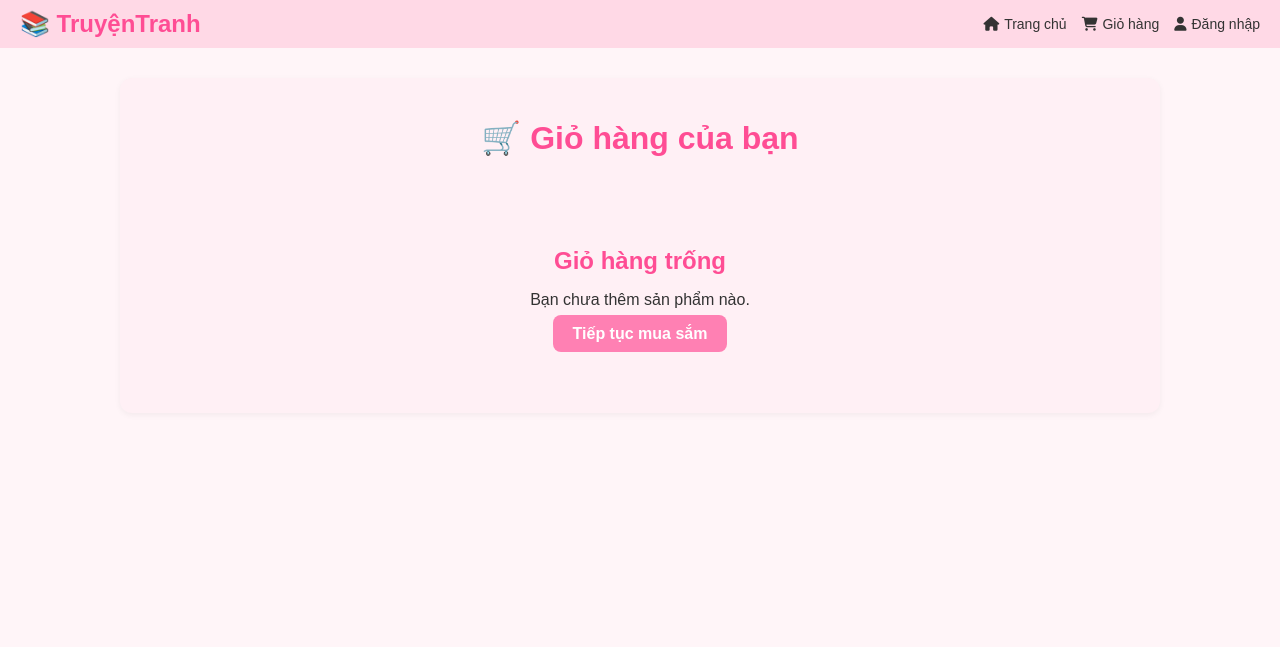
Repository: kienNB2005/QLBanHang
Page: http://localhost/views/client/cart/index.php?page=client&action=displayLogin
These files come from the project's save history. The page is drawn as it stood at one moment and after the next save; the edit follows.
The browser window is 1280 px wide. The pictures show the whole page.
The page is run by PHP 8.4 with error messages shown; the project is at /var/www/html/.

Above is the page before, as saved 2025-09-15 00:24:34.
Console error: TypeError: Cannot set properties of null (setting 'textContent')

### views/client/cart/index.php
<!DOCTYPE html>
<html lang="vi">
<head>
<meta charset="UTF-8">
<meta name="viewport" content="width=device-width, initial-scale=1.0">
<title>🛒 Giỏ hàng</title>
<link rel="stylesheet" href="https://cdnjs.cloudflare.com/ajax/libs/font-awesome/6.5.0/css/all.min.css">
<style>
    body {
        font-family: 'Poppins', Arial, sans-serif;
        margin: 0; padding: 0;
        background: #fff5f8; color: #333;
    }
    a { text-decoration: none; color: inherit; }

    /* HEADER */
    header {
        display: flex; justify-content: space-between;
        align-items: center; padding: 10px 20px;
        background: #ffd9e6; position: sticky; top: 0; z-index: 100;
    }
    header .logo { font-size: 24px; font-weight: 600; color: #ff4d94; cursor: pointer; }
    header .icons { display: flex; gap: 15px; align-items: center; }
    header .icons .item { font-size: 14px; display: flex; align-items: center; gap: 5px; }

    /* MAIN */
    .container {
        max-width: 1000px; margin: 30px auto;
        padding: 20px; background: #fff0f5;
        border-radius: 12px; box-shadow: 0 2px 6px rgba(0,0,0,0.05);
    }
    h1 { text-align: center; color: #ff4d94; margin-bottom: 20px; }

    /* CART ITEM */
    .cart-item {
        display: flex; justify-content: space-between;
        align-items: center; background: #fff;
        padding: 15px; margin-bottom: 15px;
        border-radius: 10px; box-shadow: 0 2px 6px rgba(0,0,0,0.05);
    }
    .cart-item img {
        width: 90px; height: 110px; border-radius: 8px;
        object-fit: cover; margin-right: 15px;
    }
    .item-info { flex: 1; }
    .item-name { font-weight: bold; margin-bottom: 5px; color: #ff4d94; }
    .item-price { color: #cd1845; font-weight: bold; }

    /* Quantity controls */
    .actions { display: flex; align-items: center; gap: 10px; }
    .actions form { display: inline-block; }
    .actions button {
        border: none; padding: 6px 12px; border-radius: 6px;
        background: #ff80b3; color: #fff; cursor: pointer;
    }
    .actions button:hover { background: #ff4d94; }

    /* SIDEBAR */
    .cart-summary {
        text-align: right; padding: 20px;
        background: #ffe6f2; border-radius: 10px; margin-top: 20px;
    }
    .cart-summary .total { font-size: 20px; font-weight: bold; color: red; margin-bottom: 15px; }
    .checkout-btn {
        padding: 12px 25px; border: none; border-radius: 8px;
        background: #ff80b3; color: #fff; font-weight: bold; cursor: pointer;
    }
    .checkout-btn:hover { background: #ff4d94; }

    /* EMPTY CART */
    .empty-cart { text-align: center; padding: 50px; }
    .empty-cart h2 { color: #ff4d94; margin-bottom: 10px; }
    .empty-cart a {
        padding: 10px 20px; background: #ff80b3;
        color: #fff; border-radius: 8px; font-weight: bold;
    }
    .empty-cart a:hover { background: #ff4d94; }
</style>
</head>
<body>

<header>
    <div class="logo" onclick="window.location.href='index.php'">📚 TruyệnTranh</div>
    <div class="icons">
        <div class="item"><i class="fas fa-home"></i> <a href="index.php">Trang chủ</a></div>
        <div class="item"><i class="fas fa-shopping-cart"></i> Giỏ hàng</div>
        <div class="item"><i class="fas fa-user"></i>
            <?php if(isset($_SESSION['user'])): ?>
                Xin chào, <?= htmlspecialchars($_SESSION['user']['user_name']) ?>
            <?php else: ?>
                <a href="index.php?page=client&action=displayLogin">Đăng nhập</a>
            <?php endif; ?>
        </div>
    </div>
</header>

<div class="container">
    <h1>🛒 Giỏ hàng của bạn</h1>

    <?php if(!empty($datas)): ?>
        <?php foreach($datas as $item): ?>
            <div class="cart-item" data-price="<?= $item['price'] ?>" data-qty="<?= $item['quantity'] ?? 1 ?>">
                <img src="<?= $item['images'] ?? 'https://via.placeholder.com/100x120' ?>" alt="<?= $item['name'] ?>">
                <div class="item-info">
                    <div class="item-name"><?= htmlspecialchars($item['name']) ?></div>
                    <div class="item-price"><?= number_format($item['price'],0,",",".") ?> đ</div>
                </div>

                <div class="actions">
                    <!-- Giảm -->
                    <form method="post" action="index.php?page=cart&action=addOrSub">
                        <input type="hidden" name="op" value="decrease">
                        <input type="hidden" name="id" value="<?= $item['id'] ?>">
                        <button type="submit">-</button>
                    </form>

                    <span class="qty"><?= $item['quantity'] ?? 1 ?></span>

                    <!-- Tăng -->
                    <form method="post" action="index.php?page=cart&action=addOrSub">
                        <input type="hidden" name="op" value="increase">
                        <input type="hidden" name="id" value="<?= $item['id'] ?>">
                        <button type="submit">+</button>
                    </form>

                    <!-- Xóa -->
                    <form method="post" action="index.php?page=cart&action=delete">
                        <input type="hidden" name="id" value="<?= $item['id'] ?>">
                        <button type="submit">🗑️</button>
                    </form>

                    <div class="item-subtotal">
                        <?= number_format($item['price'] * ($item['quantity'] ?? 1),0,",",".") ?> đ
                    </div>
                </div>
            </div>
        <?php endforeach; ?>

        <div class="cart-summary">
            <div class="total">Tổng tiền: <span id="total">
                <?= number_format(array_sum(array_map(fn($d)=>$d['price']*($d['quantity']??1), $datas)),0,",",".") ?>
            </span> đ</div>

            <?php if(isset($_SESSION['user'])): ?>
                <form method="post" action="index.php?page=cart&action=checkout">
                    <button type="submit" class="checkout-btn">THANH TOÁN</button>
                </form>
            <?php else: ?>
                <a href="index.php?page=client&action=displayLogin" class="checkout-btn">Đăng nhập để thanh toán</a>
            <?php endif; ?>
        </div>

    <?php else: ?>
        <div class="empty-cart">
            <h2>Giỏ hàng trống</h2>
            <p>Bạn chưa thêm sản phẩm nào.</p>
            <a href="index.php">Tiếp tục mua sắm</a>
        </div>
    <?php endif; ?>
</div>

<script>
// JS cập nhật tổng tiền động
function updateTotal() {
    let total = 0;
    document.querySelectorAll('.cart-item').forEach(item => {
        const price = parseInt(item.dataset.price);
        const qty = parseInt(item.querySelector('.qty').textContent);
        const subtotal = price * qty;
        item.querySelector('.item-subtotal').textContent = subtotal.toLocaleString("vi-VN") + " đ";
        total += subtotal;
    });
    document.getElementById('total').textContent = total.toLocaleString("vi-VN");
}
updateTotal();
</script>

</body>
</html>

After the next save:
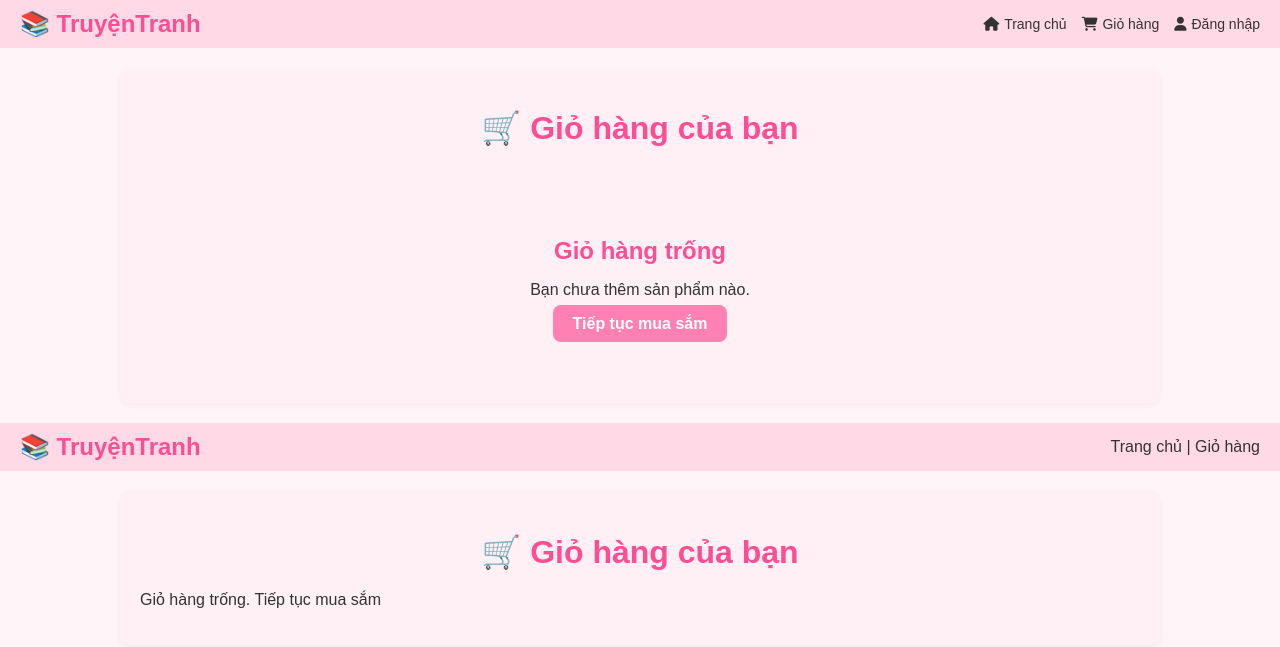
Saved 2 min 25 s later.
--- a/views/client/cart/index.php
+++ b/views/client/cart/index.php
@@ -177,3 +177,109 @@ updateTotal();
 
 </body>
 </html>
+<?php
+// Giả sử biến $datas là giỏ hàng lấy từ session/database
+?>
+
+<!DOCTYPE html>
+<html lang="vi">
+<head>
+<meta charset="UTF-8">
+<meta name="viewport" content="width=device-width, initial-scale=1.0">
+<title>🛒 Giỏ hàng</title>
+<link rel="stylesheet" href="https://cdnjs.cloudflare.com/ajax/libs/font-awesome/6.5.0/css/all.min.css">
+<style>
+    body { font-family: 'Poppins', Arial, sans-serif; background: #fff5f8; margin:0; }
+    header { display:flex; justify-content:space-between; align-items:center;
+             padding:10px 20px; background:#ffd9e6; }
+    header .logo { font-size:24px; font-weight:bold; color:#ff4d94; cursor:pointer; }
+    .container { max-width:1000px; margin:20px auto; background:#fff0f5; padding:20px;
+                 border-radius:10px; }
+    .cart-item { display:flex; align-items:center; justify-content:space-between;
+                 background:#fff; padding:15px; margin-bottom:15px; border-radius:8px; }
+    .cart-item img { width:90px; height:110px; object-fit:cover; border-radius:6px; margin-right:15px; }
+    .item-info { flex:1; }
+    .item-name { font-weight:bold; color:#ff4d94; }
+    .item-price { color:#cd1845; font-weight:bold; margin-top:5px; }
+    .actions { display:flex; align-items:center; gap:8px; }
+    .actions form { display:inline; }
+    .actions button {
+        background:#ff80b3; color:#fff; border:none; border-radius:5px;
+        padding:5px 10px; cursor:pointer;
+    }
+    .actions button:hover { background:#ff4d94; }
+    .cart-summary { text-align:right; margin-top:20px; background:#ffe6f2; padding:15px; border-radius:8px; }
+    .cart-summary .total { font-size:18px; font-weight:bold; color:red; margin-bottom:10px; }
+    .checkout-btn { background:#ff80b3; color:#fff; border:none; padding:10px 20px;
+                    border-radius:6px; cursor:pointer; font-weight:bold; }
+    .checkout-btn:hover { background:#ff4d94; }
+</style>
+</head>
+<body>
+
+<header>
+    <div class="logo" onclick="window.location.href='index.php'">📚 TruyệnTranh</div>
+    <nav>
+        <a href="index.php">Trang chủ</a> |
+        <a href="index.php?page=cart&action=index">Giỏ hàng</a>
+    </nav>
+</header>
+
+<div class="container">
+    <h1>🛒 Giỏ hàng của bạn</h1>
+
+    <?php if(!empty($datas)): ?>
+        <?php foreach($datas as $item): ?>
+            <div class="cart-item">
+                <img src="<?= $item['images'] ?? 'https://via.placeholder.com/100x120' ?>" alt="<?= $item['name'] ?>">
+                <div class="item-info">
+                    <div class="item-name"><?= htmlspecialchars($item['name']) ?></div>
+                    <div class="item-price"><?= number_format($item['price'],0,",",".") ?> đ</div>
+                </div>
+
+                <div class="actions">
+                    <!-- Giảm -->
+                    <form method="post" action="index.php?page=cart&action=addOrSub">
+                        <input type="hidden" name="op" value="decrease">
+                        <input type="hidden" name="id" value="<?= $item['id'] ?>">
+                        <button type="submit">-</button>
+                    </form>
+
+                    <span><?= $item['quantity'] ?? 1 ?></span>
+
+                    <!-- Tăng -->
+                    <form method="post" action="index.php?page=cart&action=addOrSub">
+                        <input type="hidden" name="op" value="increase">
+                        <input type="hidden" name="id" value="<?= $item['id'] ?>">
+                        <button type="submit">+</button>
+                    </form>
+
+                    <!-- Xóa -->
+                    <form method="post" action="index.php?page=cart&action=delete">
+                        <input type="hidden" name="id" value="<?= $item['id'] ?>">
+                        <button type="submit">🗑️</button>
+                    </form>
+
+                    <div class="item-subtotal">
+                        <?= number_format($item['price'] * ($item['quantity'] ?? 1),0,",",".") ?> đ
+                    </div>
+                </div>
+            </div>
+        <?php endforeach; ?>
+
+        <div class="cart-summary">
+            <div class="total">Tổng tiền:
+                <?= number_format(array_sum(array_map(fn($d)=>$d['price']*($d['quantity']??1), $datas)),0,",",".") ?> đ
+            </div>
+            <form method="post" action="index.php?page=cart&action=checkout">
+                <button type="submit" class="checkout-btn">Thanh toán</button>
+            </form>
+        </div>
+
+    <?php else: ?>
+        <p>Giỏ hàng trống. <a href="index.php">Tiếp tục mua sắm</a></p>
+    <?php endif; ?>
+</div>
+
+</body>
+</html>
